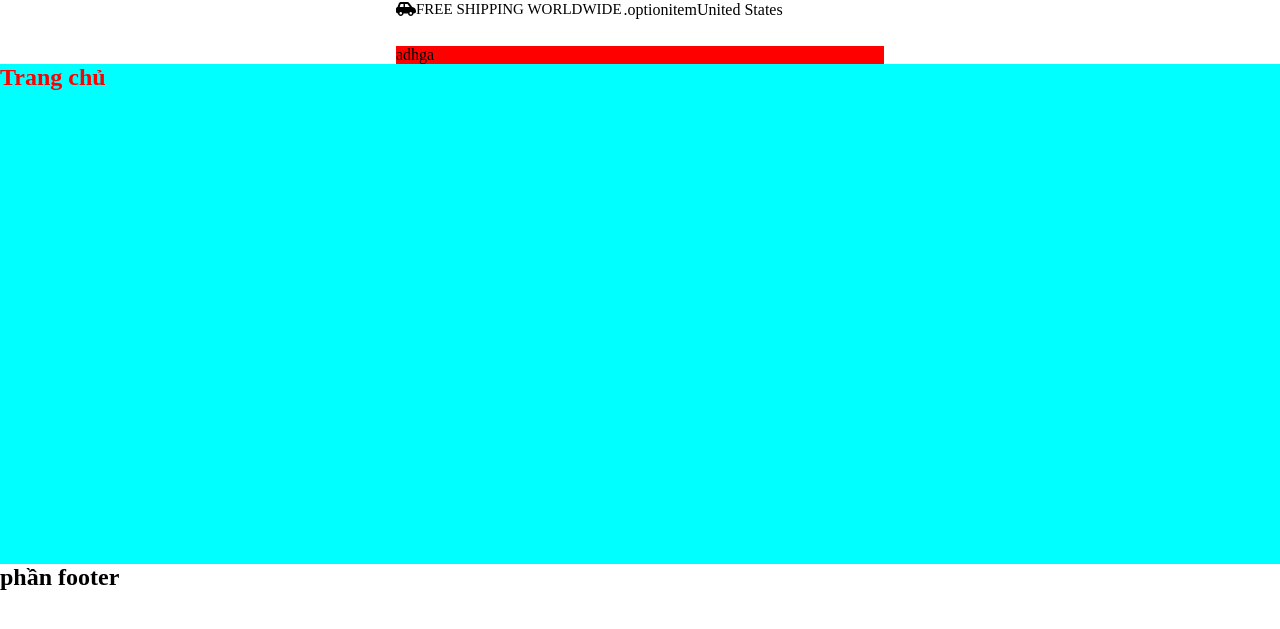
Repository: tatvanhco/shopper
Page: /
These files come from the project's save history. The page is drawn as it stood at one moment and after the next save; the edit follows.
The browser window is 1280 px wide. The pictures show the whole page.
The project was rebuilt for these pictures with package versions that can differ from the ones it lists, and the page was loaded fresh each time.

Above is the page before, as saved 2022-09-23 20:42:33.

### src/index.tsx
import React from 'react';
import { createRoot } from 'react-dom/client';
import { Provider } from 'react-redux';
import { store } from './app/store';
import App from './App';
import reportWebVitals from './reportWebVitals';
import './index.scss';

const container = document.getElementById('root')!;
const root = createRoot(container);

root.render(
    <React.StrictMode>
        <Provider store={store}>
            <App />
        </Provider>
    </React.StrictMode>,
);

// If you want to start measuring performance in your app, pass a function
// to log results (for example: reportWebVitals(console.log))
// or send to an analytics endpoint. Learn more: https://bit.ly/CRA-vitals
reportWebVitals();

### src/app/store.ts
import { configureStore, ThunkAction, Action, getDefaultMiddleware } from '@reduxjs/toolkit';
import createSagaMiddleware from '@redux-saga/core';
import rootSaga from './rootSaga';

const sagaMiddleware = createSagaMiddleware();
export const store = configureStore({
    reducer: {

    },
    middleware: (getDefaultMiddleware) => {
        return getDefaultMiddleware().concat(sagaMiddleware);
    },
});

sagaMiddleware.run(rootSaga);

export type AppDispatch = typeof store.dispatch;
export type RootState = ReturnType<typeof store.getState>;
export type AppThunk<ReturnType = void> = ThunkAction<ReturnType, RootState, unknown, Action<string>>;

### src/App.tsx
import React from 'react';
import './App.scss';
import Header from 'components/header/header';
import Footer from 'components/footer/footer';
import Home from 'pages/home/home';

function App() {
    return (
        <div className="App">
            <Header />
            <Home />
            <Footer />
        </div>
    );
}

export default App;

### src/index.scss
/* @import 'normalize.css'; */
@import url('https://fonts.googleapis.com/css2?family=Roboto:wght@300;400;500;700&display=swap');

body {
    margin: -15px 0 0 0;
    padding: 0;
    /* font-family: -apple-system, BlinkMacSystemFont, 'Segoe UI', 'Roboto', 'Oxygen', 'Ubuntu', 'Cantarell', 'Fira Sans',
        'Droid Sans', 'Helvetica Neue', sans-serif; */
    -webkit-font-smoothing: antialiased;
    -moz-osx-font-smoothing: grayscale;
}

html {
    margin: 0;
    padding: 0;
}

code {
    font-family: source-code-pro, Menlo, Monaco, Consolas, 'Courier New', monospace;
}

p {
    margin: 0 !important;
    line-height: initial;
}

h1,
h2 {
    margin: 0;
}

### src/app/rootSaga.ts
function* rootSaga() {
    console.log('hahahha');
}

export default rootSaga;

### src/App.scss
.container {
    padding: 0px 16px;
    margin: 0 380px;
}

.d-flex {
    display: flex;
}

.ul {
    list-style: none;
    padding-left: 0;
}

.title {
    font-size: 15px;
}

### src/components/header/header.tsx
import clsx from 'clsx';
import { FontAwesomeIcon } from '@fortawesome/react-fontawesome';
import { Fragment } from 'react';
import styles from './header.module.scss';
import { faCarSide } from '@fortawesome/free-solid-svg-icons';

function header() {
    return (
        <Fragment>
            <div className="header">
                <div className="container">
                    <div className={clsx(styles.headerContact)}>
                        <div className="headerContactRight">
                            <ul className={clsx('headerContactRightItems', 'ul', 'd-flex')}>
                                <li className={clsx('headerContactRightItem', 'd-flex')}>
                                    <FontAwesomeIcon icon={faCarSide} />
                                    <p className={clsx('title')}>FREE SHIPPING WORLDWIDE</p>
                                </li>
                                <li className={clsx('headerContactRightItem', 'd-flex')}>
                                    <section>
                                        <option value="1">
                                            .optionitem
                                            <img
                                                src="data:[embedded picture, 137 characters]
                                                    nLzIwMDAvc3ZnIj4KPHBhdGggZD0iTTcgMTRDMTAuODY2IDE0IDE0IDEwLjg2NiAxNCA3QzE0IDMuMTM0MDEgMTAuODY2IDAgNyAwQzMuMTM0MDEgMCAwIDMuMTM0MDEgMCA3QzAgMTAuO
                                                    DY2IDMuMTM0MDEgMTQgNyAxNFoiIGZpbGw9IiNGMEYwRjAiLz4KPHBhdGggZD0iTTYuNjk1OCA2Ljk5OTk4SDE0LjAwMDFDMTQuMDAwMSA2LjM2ODE4IDEzLjkxNTkgNS43NTYxMiAxMy4
                                                    3NTkgNS4xNzM4OUg2LjY5NThWNi45OTk5OFoiIGZpbGw9IiNEODAwMjciLz4KPHBhdGggZD0iTTYuNjk1OCAzLjM0NzgzSDEyLjk3MjdDMTIuNTQ0MiAyLjY0ODU5IDExLjk5NjMgMi4wM
                                                    zA1NCAxMS4zNTc1IDEuNTIxNzNINi42OTU4VjMuMzQ3ODNaIiBmaWxsPSIjRDgwMDI3Ii8+CjxwYXRoIGQ9Ik02Ljk5OTk3IDE0QzguNjQ3NCAxNCAxMC4xNjE2IDEzLjQzMDYgMTEuMzU
                                                    3NCAxMi40NzgzSDIuNjQyNThDMy44MzgzMiAxMy40MzA2IDUuMzUyNTMgMTQgNi45OTk5NyAxNFoiIGZpbGw9IiNEODAwMjciLz4KPHBhdGggZD0iTTEuMDI3NDggMTAuNjUyMkgxMi45N
                                                    zI3QzEzLjMxNjcgMTAuMDkwOCAxMy41ODM1IDkuNDc3MjMgMTMuNzU4OSA4LjgyNjA3SDAuMjQxMjExQzAuNDE2Njc2IDkuNDc3MjMgMC42ODM0NjkgMTAuMDkwOCAxLjAyNzQ4IDEwLjY
                                                    1MjJaIiBmaWxsPSIjRDgwMDI3Ii8+CjxwYXRoIGQ9Ik0zLjI0MjUzIDEuMDkzMTVIMy44ODA0M0wzLjI4NzA3IDEuNTI0MjJMMy41MTM3MyAyLjIyMTczTDIuOTIwMzkgMS43OTA2NkwyL
                                                    jMyNzA2IDIuMjIxNzNMMi41MjI4NCAxLjYxOTE2QzIuMDAwNDEgMi4wNTQzNCAxLjU0MjUyIDIuNTY0MTkgMS4xNjUxNyAzLjEzMjI4SDEuMzY5NTdMMC45OTE4NjcgMy40MDY2OEMwLjk
                                                    zMzAyMyAzLjUwNDg0IDAuODc2NTg2IDMuNjA0NTYgMC44MjI1IDMuNzA1NzZMMS4wMDI4NiA0LjI2MDg3TDAuNjY2MzY3IDQuMDE2MzlDMC41ODI3MjMgNC4xOTM2IDAuNTA2MjE1IDQuM
                                                    zc0ODEgMC40Mzc0NDUgNC41NTk3OUwwLjYzNjE1MiA1LjE3MTQxSDEuMzY5NTdMMC43NzYyMDcgNS42MDI0OUwxLjAwMjg2IDYuM0wwLjQwOTUyNyA1Ljg2ODkzTDAuMDU0MTEzMyA2LjE
                                                    yNzE2QzAuMDE4NTM5MSA2LjQxMzEyIDAgNi43MDQzOSAwIDdIN0M3IDMuMTM0MDMgNyAyLjY3ODI3IDcgMEM1LjYxNzE3IDAgNC4zMjgxMSAwLjQwMTEzMyAzLjI0MjUzIDEuMDkzMTVaT
                                                    TMuNTEzNzMgNi4zTDIuOTIwMzkgNS44Njg5M0wyLjMyNzA2IDYuM0wyLjU1MzcxIDUuNjAyNDlMMS45NjAzNiA1LjE3MTQxSDIuNjkzNzdMMi45MjAzOSA0LjQ3MzlMMy4xNDcwMiA1LjE
                                                    3MTQxSDMuODgwNDNMMy4yODcwNyA1LjYwMjQ5TDMuNTEzNzMgNi4zWk0zLjI4NzA3IDMuNTYzMzZMMy41MTM3MyA0LjI2MDg3TDIuOTIwMzkgMy44Mjk3OUwyLjMyNzA2IDQuMjYwODdMM
                                                    i41NTM3MSAzLjU2MzM2TDEuOTYwMzYgMy4xMzIyOEgyLjY5Mzc3TDIuOTIwMzkgMi40MzQ3N0wzLjE0NzAyIDMuMTMyMjhIMy44ODA0M0wzLjI4NzA3IDMuNTYzMzZaTTYuMDI0NTkgNi4
                                                    zTDUuNDMxMjYgNS44Njg5M0w0LjgzNzkzIDYuM0w1LjA2NDU4IDUuNjAyNDlMNC40NzEyMiA1LjE3MTQxSDUuMjA0NjRMNS40MzEyNiA0LjQ3MzlMNS42NTc4OSA1LjE3MTQxSDYuMzkxM
                                                    0w1Ljc5Nzk0IDUuNjAyNDlMNi4wMjQ1OSA2LjNaTTUuNzk3OTQgMy41NjMzNkw2LjAyNDU5IDQuMjYwODdMNS40MzEyNiAzLjgyOTc5TDQuODM3OTMgNC4yNjA4N0w1LjA2NDU4IDMuNTY
                                                    zMzZMNC40NzEyMiAzLjEzMjI4SDUuMjA0NjRMNS40MzEyNiAyLjQzNDc3TDUuNjU3ODkgMy4xMzIyOEg2LjM5MTNMNS43OTc5NCAzLjU2MzM2Wk01Ljc5Nzk0IDEuNTI0MjJMNi4wMjQ1O
                                                    SAyLjIyMTczTDUuNDMxMjYgMS43OTA2Nkw0LjgzNzkzIDIuMjIxNzNMNS4wNjQ1OCAxLjUyNDIyTDQuNDcxMjIgMS4wOTMxNUg1LjIwNDY0TDUuNDMxMjYgMC4zOTU2MzdMNS42NTc4OSA
                                                    xLjA5MzE1SDYuMzkxM0w1Ljc5Nzk0IDEuNTI0MjJaIiBmaWxsPSIjMDA1MkI0Ii8+Cjwvc3ZnPgo="
                                                alt=""
                                            />
                                            <p>United States</p>
                                        </option>
                                        <option value="2"></option>
                                        <option value="3"></option>
                                        <option value="4"></option>
                                    </section>
                                </li>
                                <li className={clsx('headerContactRightItem', 'd-flex')}></li>
                                <li className={clsx('headerContactRightItem', 'd-flex')}></li>
                            </ul>
                        </div>
                        <div className="headerContactLeft"></div>
                    </div>
                    <div className={clsx(styles.headerFrom)}>adhga</div>
                </div>
            </div>
        </Fragment>
    );
}

export default header;

### src/components/footer/footer.tsx
function footer() {
    return <h2>phần footer</h2>;
}

export default footer;

### src/pages/home/home.tsx
import clsx from 'clsx';
import styles from './home.module.scss';

function Home() {
    return (
        <>
            <h2 className={clsx(styles.heading)}>Trang chủ</h2>
        </>
    );
}

export default Home;

### src/components/header/header.module.scss
.headerContact {
    height: 45px;
}

.headerFrom {
    background-color: red;
}

### src/pages/home/home.module.scss
.heading {
    height: 500px;
    background-color: aqua;
    color: red;
}

.active {
    background-color: yellow;
}

Loaded but not shown: public/index.html (common file); src/reportWebVitals.ts (common file)

After the next save:
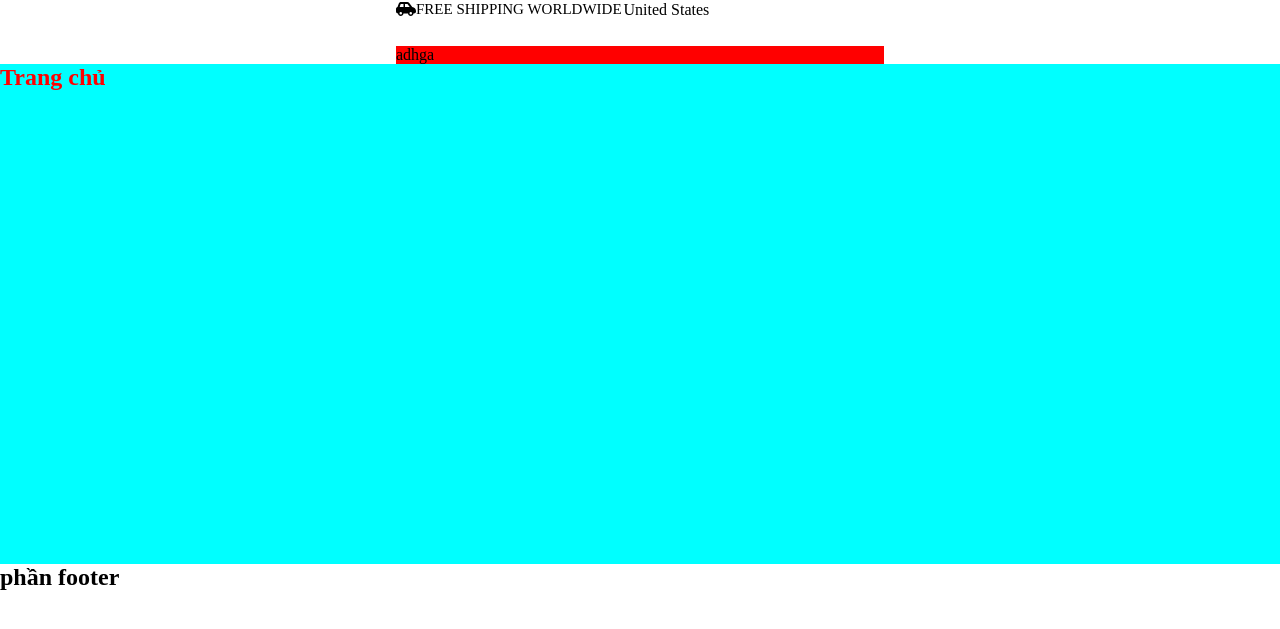
Saved 5 s later.
--- a/src/components/header/header.tsx
+++ b/src/components/header/header.tsx
@@ -19,7 +19,9 @@ function header() {
                                 <li className={clsx('headerContactRightItem', 'd-flex')}>
                                     <section>
                                         <option value="1">
-                                            .optionitem
+                                            <div className="optionItem">
+
+                                            </div>
                                             <img
                                                 src="data:[embedded picture, 137 characters]
                                                     nLzIwMDAvc3ZnIj4KPHBhdGggZD0iTTcgMTRDMTAuODY2IDE0IDE0IDEwLjg2NiAxNCA3QzE0IDMuMTM0MDEgMTAuODY2IDAgNyAwQzMuMTM0MDEgMCAwIDMuMTM0MDEgMCA3QzAgMTAuO
